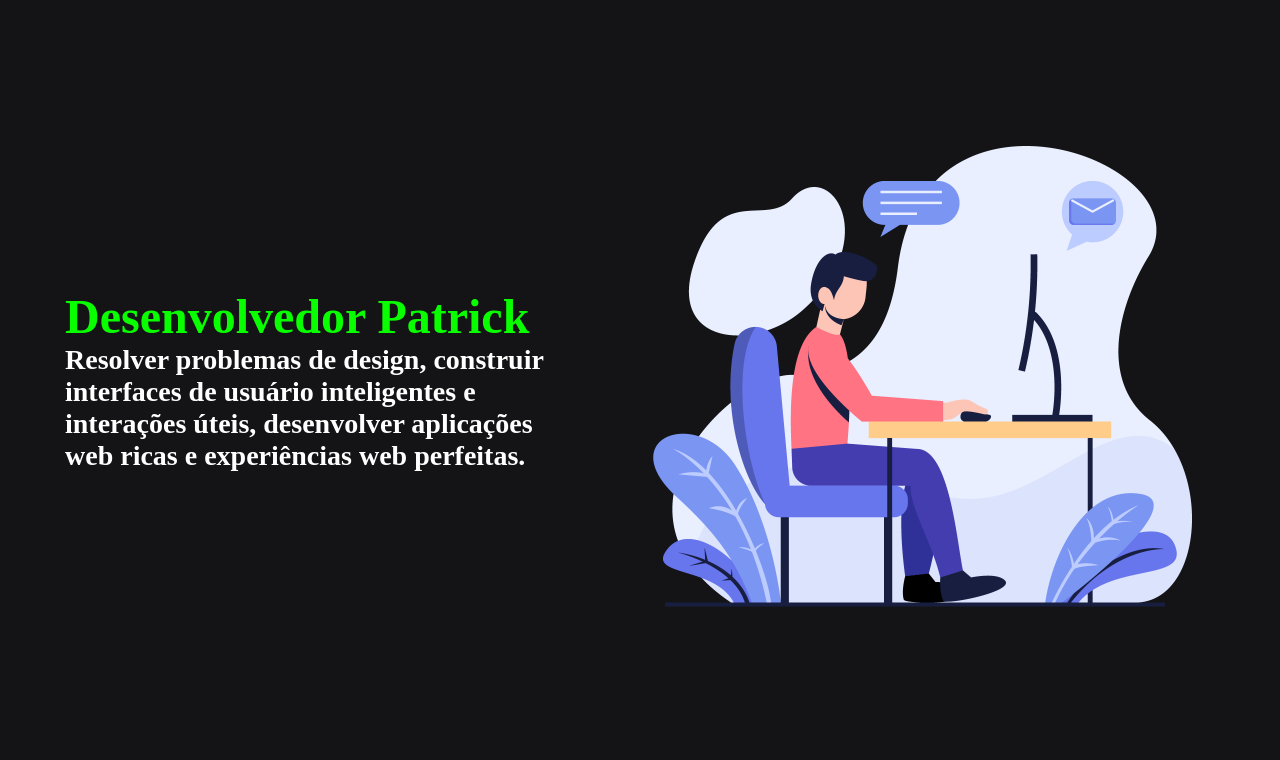
Repository: PatrickAlmeida007/aula1811
Page: index.html
These files come from the project's save history. The page is drawn as it stood at one moment and after a run of saves; the edit follows.
The browser window is 1280 px wide. The pictures show the whole page.

Above is the page before, as saved 2023-11-18 15:43:58.

After the next 4 saves:
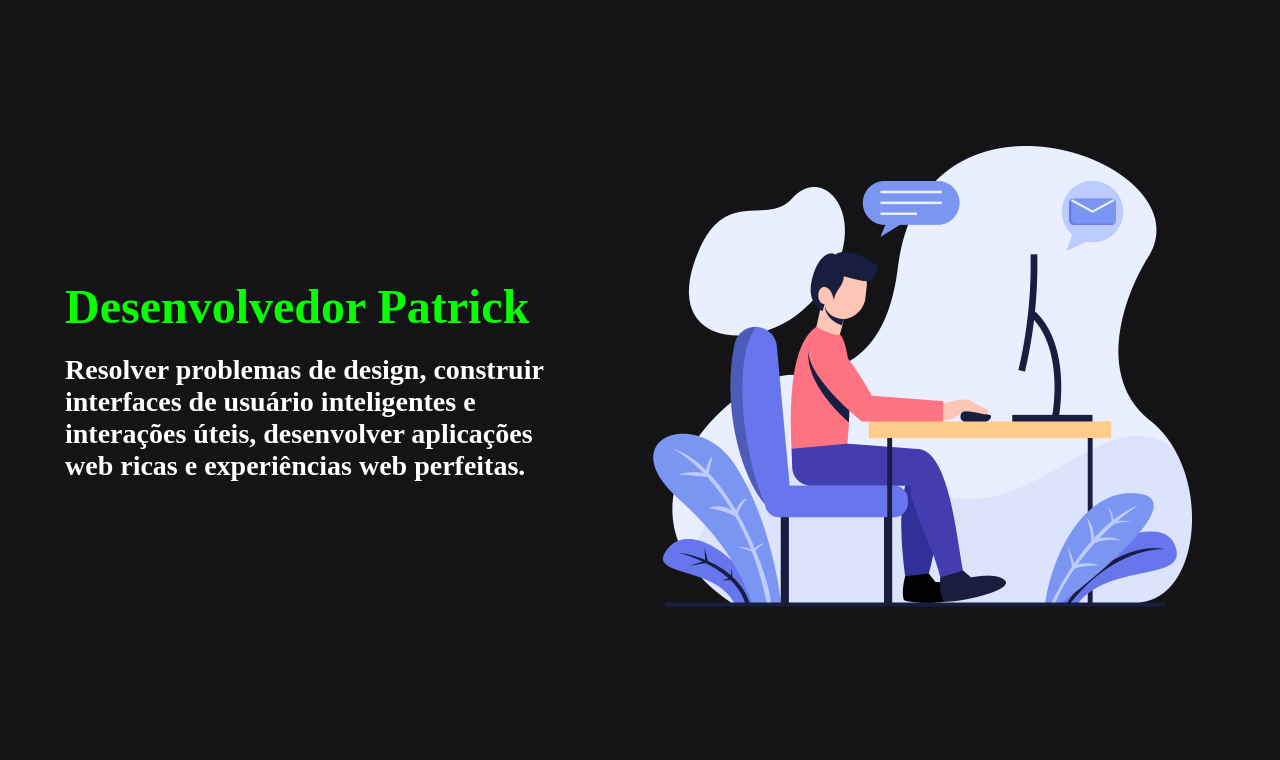
The 4 saves are shown as one change because they came seconds apart.
The last was saved 9 s later.
--- a/style.css
+++ b/style.css
@@ -70,7 +70,7 @@ table {
     font-size:48px;
     line-height: normal;
     font-weight: 700;
-    margin-bottom:
+    margin-bottom:20px;
 }
 
 .sobre__titulo--verde{
